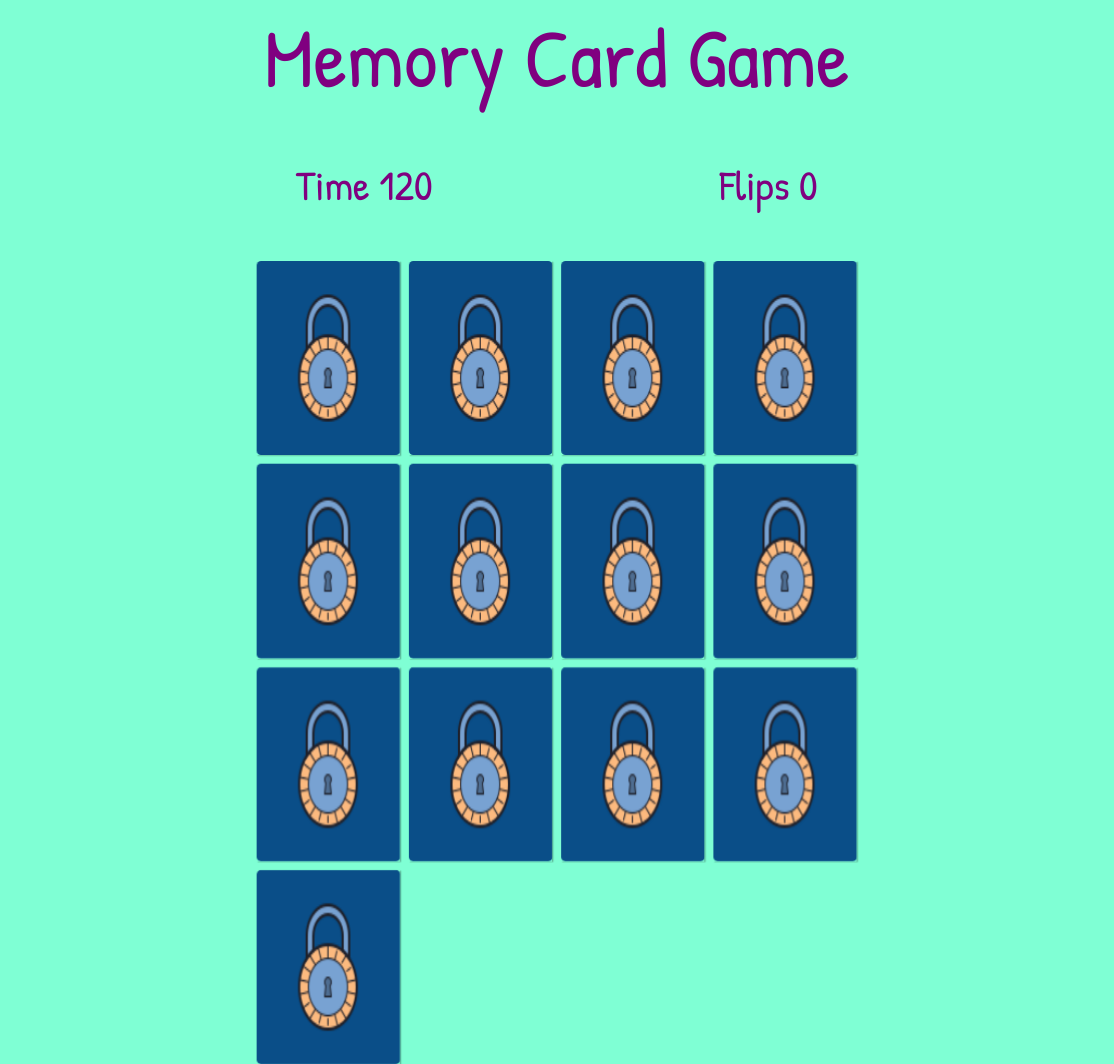
Repository: claudiadanaila1/Project-2--Interactive-FrontEnd---Memory-game
Page: index.html
The author's editor kept a record of every edit. The page is drawn from the files as they stood at one moment, then again after the next edit.
The browser window is 1280 px wide. The pictures show the whole page, at 87% of full size.

Above is the page before.

### index.html
<!DOCTYPE html>
<html lang="en">
<head>
    <meta charset="UTF-8">
    <meta name="viewport" content="width=device-width, initial-scale=1.0">
    <meta http-equiv="X-UA-Compatible" content="ie=edge">
    <link rel="stylesheet" href="css/style.css" type="text/css" />
    <title>Memory Card Game</title>
</head>
<body>
    <h1 class="title">Memory Card Game</h1>

    <div class="game-info-container">
      <div class="game-info">
        Time <span id="time-remaining">120</span>
      </div>
      <div class="game-info">
        Flips <span id="flips">0</span>
      </div>
    </div>

  <section class="memory-game">
      <div class="memory-card">
          <img class="card-front" src="assets/images/jelly1.jpg" alt="jelly-fish"/>
          <img class="card-back"  src="assets/images/icon8-lock.png" alt="lock" />
      </div>
      <div class="memory-card">
          <img class="card-front" src="assets/images/jelly1.jpg" alt="jelly-fish"/>
          <img class="card-back"  src="assets/images/icon8-lock.png" alt="lock" />
      </div>
      <div class="memory-card">
          <img class="card-front" src="assets/images/jelly2.jpg" alt="jelly-fish"/>
          <img class="card-back"  src="assets/images/icon8-lock.png" alt="lock" />
      </div>
      <div class="memory-card">
          <img class="card-front" src="assets/images/jelly2.jpg" alt="jelly-fish"/>
          <img class="card-back"  src="assets/images/icon8-lock.png" alt="lock" />
      </div>
      <div class="memory-card">
          <img class="card-front" src="assets/images/jelly3.jpg" alt="jelly-fish"/>
          <img class="card-back"  src="assets/images/icon8-lock.png" alt="lock" />
      </div>
      <div class="memory-card">
          <img class="card-front" src="assets/images/jelly3.jpg" alt="jelly-fish"/>
          <img class="card-back"  src="assets/images/icon8-lock.png" alt="lock" />
      </div>
      <div class="memory-card">
          <img class="card-front" src="assets/images/jelly4.jpg" alt="jelly-fish"/>
          <img class="card-back"  src="assets/images/icon8-lock.png" alt="lock" />
      </div>
      <div class="memory-card">
          <img class="card-front" src="assets/images/jelly4.jpg" alt="jelly-fish"/>
          <img class="card-back"  src="assets/images/icon8-lock.png" alt="lock" />
      </div>
      <div class="memory-card">
          <img class="card-front" src="assets/images/jelly5.jpg" alt="jelly-fish"/>
          <img class="card-back"  src="assets/images/icon8-lock.png" alt="lock" />
      </div>
      <div class="memory-card">
          <img class="card-front" src="assets/images/jelly5.jpg" alt="jelly-fish"/>
          <img class="card-back"  src="assets/images/icon8-lock.png" alt="lock" />
      </div>
      <div class="memory-card">
          <img class="card-front" src="assets/images/jelly6.jpg" alt="jelly-fish"/>
          <img class="card-back"  src="assets/images/icon8-lock.png" alt="lock" />
      </div>
      <div class="memory-card">
          <img class="card-front" src="assets/images/jelly7.jpg" alt="jelly-fish"/>
          <img class="card-back"  src="assets/images/icon8-lock.png" alt="lock" />
      </div>
      <div class="memory-card">
          <img class="card-front" src="assets/images/jelly8.jpg" alt="jelly-fish"/>
          <img class="card-back"  src="assets/images/icon8-lock.png" alt="lock" />
      </div>

  </section>

</body>
</html>

### css/style.css
@import url('https://fonts.googleapis.com/css?family=Patrick+Hand&display=swap');


* {
    padding:0;
    margin:0;
    box-sizing: border-box;
}

html {
   height: 100vh;
    display: flex;
    background-color:aquamarine;
}

body{
    margin:auto;
    justify-content:center;
}

.title {
    font-family:"Patrick Hand", sans-serif;
    font-size: 6em;
    text-align: center;
    font-weight: normal;
    color:purple;
}

.game-info-container {
    grid-column: 1/-1;
    justify-content: space-between;
    display: flex;
    margin:50px;
}

.game-info {
    font-family: "Patrick Hand", sans-serif;
    font-size:3em;
    color:purple;
}

.memory-game {
    height:700px;
    width:700px;
    margin:auto;
    display:flex;
    flex-wrap: wrap;
    perspective:1000px;
}

.memory-card {
  width: calc(25% - 10px);
  height: calc(33.333% - 10px);
  margin: 5px;
  position: relative;
  transform: scale(1);
  transform-style: preserve-3d;
  transition: transform .5s;
  box-shadow: 1px 1px 1px rgba(0,0,0,.3);
}

.memory-card:active {
  transform: scale(0.96);
  transition: transform .3s;
}

.memory-card.flip {
  transform: rotateY(180deg);
}

.card-front,
.card-back {
  width: 100%;
  height: 100%;
  padding: 20px;
  position: absolute;
  border-radius: 5px;
  background: #0a4e88;
  backface-visibility: hidden;
}

.card-front {
  transform: rotateY(180deg);
}

After the next edit:
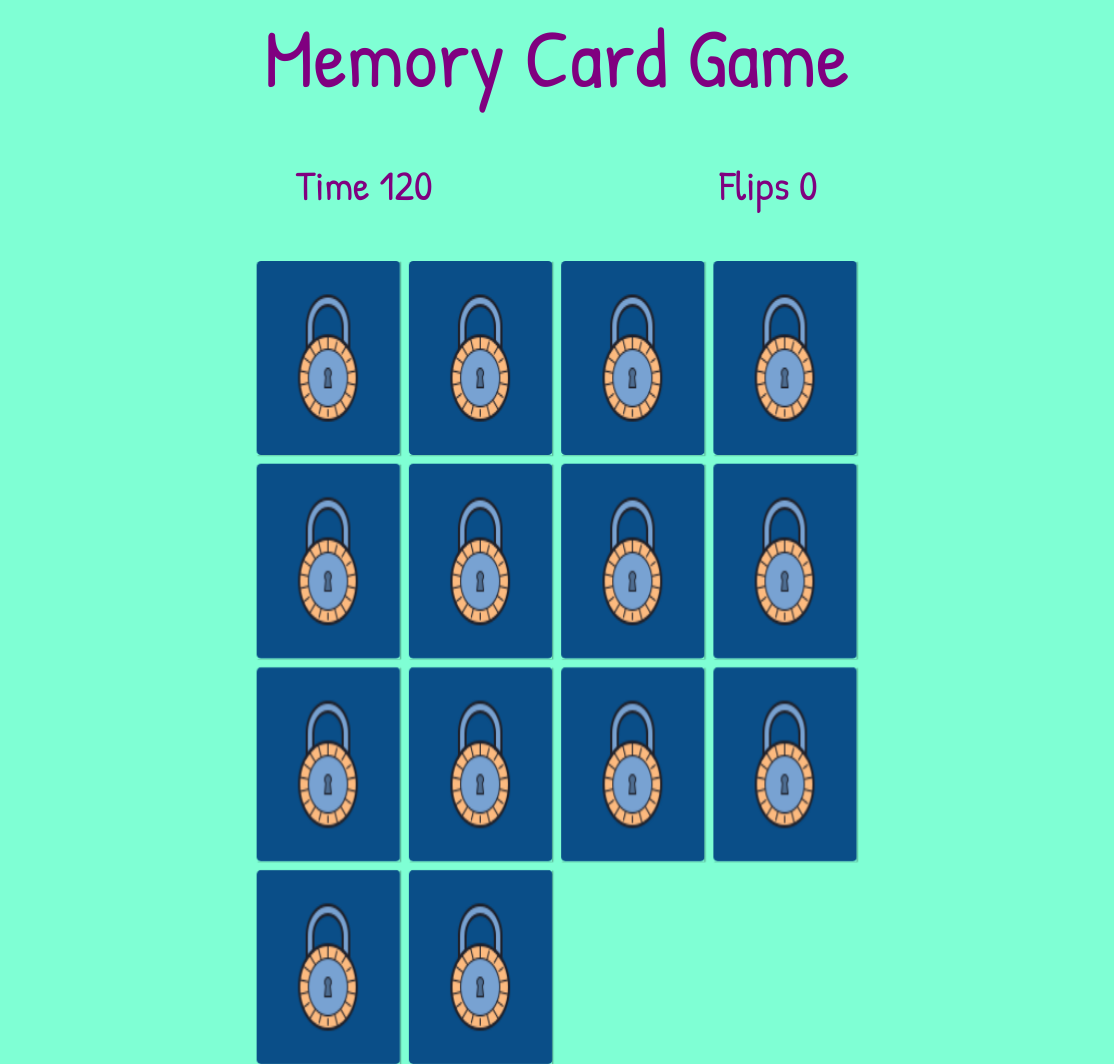
The edit:
--- a/index.html
+++ b/index.html
@@ -65,6 +65,10 @@
           <img class="card-back"  src="assets/images/icon8-lock.png" alt="lock" />
       </div>
       <div class="memory-card">
+          <img class="card-front" src="assets/images/jelly6.jpg" alt="jelly-fish"/>
+          <img class="card-back"  src="assets/images/icon8-lock.png" alt="lock" />
+      </div>
+      <div class="memory-card">
           <img class="card-front" src="assets/images/jelly7.jpg" alt="jelly-fish"/>
           <img class="card-back"  src="assets/images/icon8-lock.png" alt="lock" />
       </div>
